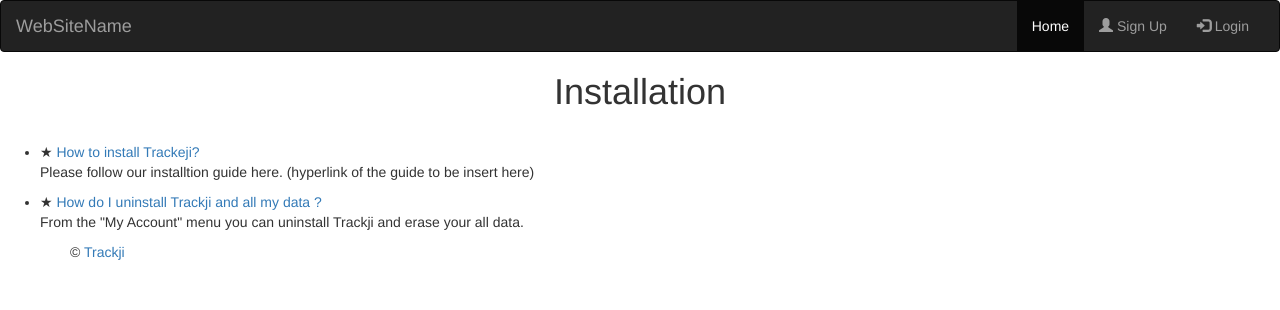
Repository: prathmeshgodbole/Web_Development
Page: Mobile_tracker/Installation.html
These files come from the project's save history. The page is drawn as it stood at one moment and after the next save; the edit follows.
The browser window is 1280 px wide. The pictures show the whole page.

Above is the page before, as saved 2020-03-08 17:58:02.

After the next save:
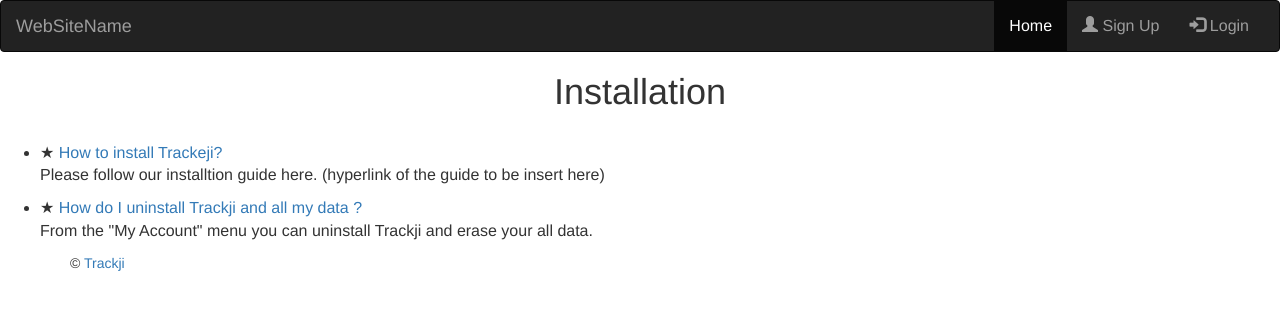
Saved 42 s later.
--- a/Mobile_tracker/css/installation.css
+++ b/Mobile_tracker/css/installation.css
@@ -10,3 +10,7 @@
 ul {
     margin-top: 30px;
 }
+
+ul li {
+    font-size: medium;
+}
